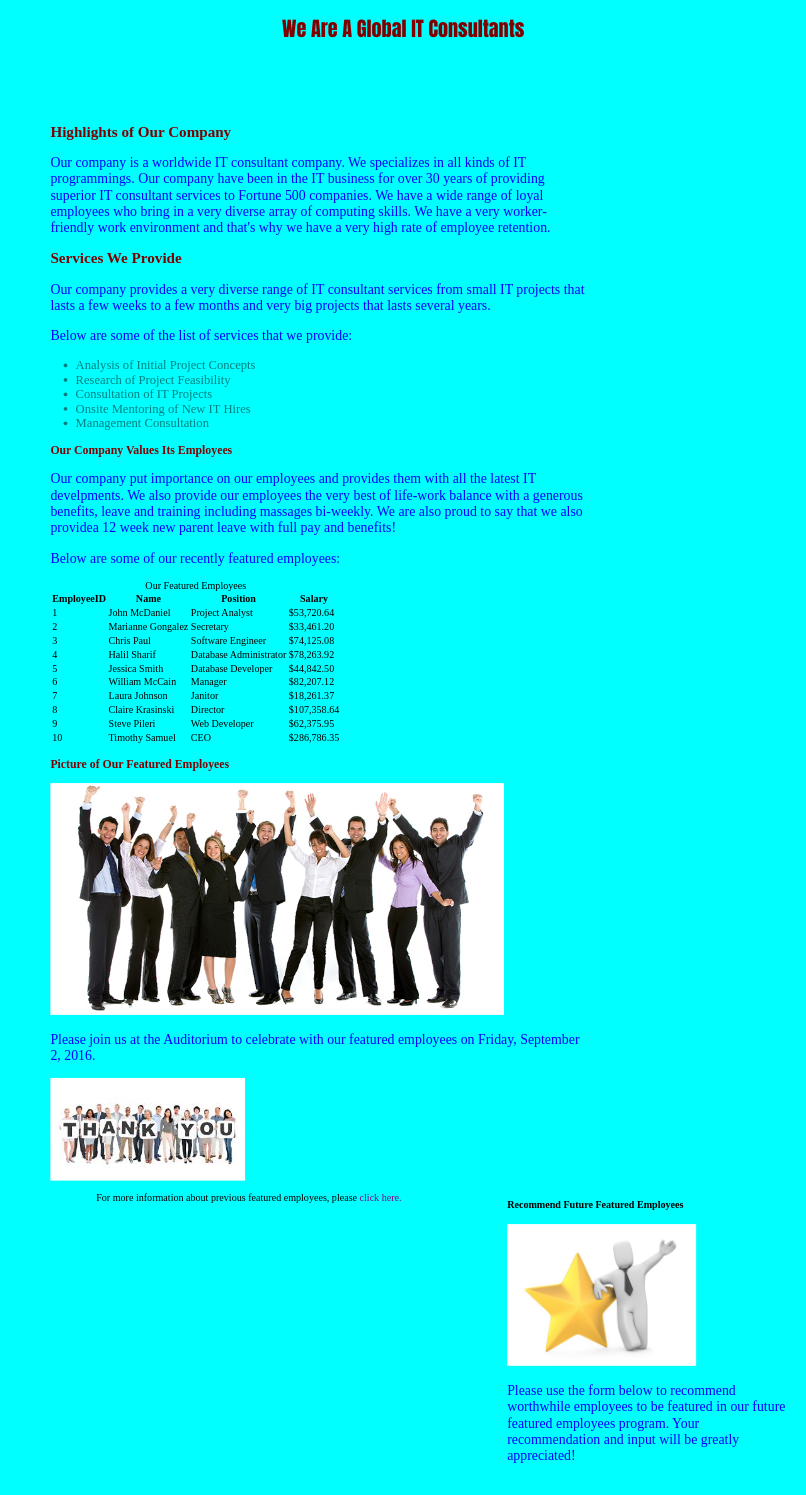
Repository: myjavaweb2/Week5JDBCAssignments
Page: http://localhost/myweek4project/
The author's editor kept a copy of each file at every save. The page is drawn from the files as they stood at one save, then again after the next save.
The browser window is 1280 px wide. The pictures show the whole page, at 63% of full size.
The page is served by Tomcat 9. Other server files are loaded and not shown.

Above is the page before, as saved 2016-08-26 17:52:18.

### myweek4project/src/main/webapp/index.html
<!DOCTYPE html>
<html>
<head>
<meta charset="ISO-8859-1">
<link rel="stylesheet" href="styles.css" />
<title>Employees at the New World Company</title>
</head>
<body>

<header>
<h1>We Are A Global IT Consultants</h1>
</header>

<main>

<div>
<h2>Highlights of Our Company</h2>

<p>Our company is a worldwide IT consultant company. We specializes in all kinds of IT programmings.
Our company have been in the IT business for over 30 years of providing superior IT consultant
services to Fortune 500 companies. We have a wide range of loyal employees who bring in a very
diverse array of computing skills. We have a very worker-friendly work environment and that's
why we have a very high rate of employee retention.</p>

<h2>Services We Provide</h2>

<p>Our company provides a very diverse range of IT consultant services from small IT projects that lasts
a few weeks to a few months and very big projects that lasts several years.</p>

<p>Below are some of the list of services that we provide:</p>

<ul>
	<li>Analysis of Initial Project Concepts</li>
	<li>Research of Project Feasibility</li>
	<li>Consultation of IT Projects</li>
	<li>Onsite Mentoring of New IT Hires</li>
	<li>Management Consultation</li>
</ul>
</div>

<div>
<h3>Our Company Values Its Employees</h3>

<p>Our company put importance on our employees and provides them with all the latest IT develpments.
We also provide our employees the very best of life-work balance with a generous benefits, leave and
training including massages bi-weekly. We are also proud to say that we also providea 12 week new
parent leave with full pay and benefits!</p>

<p>Below are some of our recently featured employees:</p>

<table>
	<caption>Our Featured Employees</caption>
		<tr>
			<th>EmployeeID</th>
			<th>Name</th>
			<th>Position</th>
			<th>Salary</th>
		</tr>
		<tr>
			<td>1</td>
			<td>John McDaniel</td>
			<td>Project Analyst</td>
			<td>$53,720.64</td>
		</tr>
		<tr>
			<td>2</td>
			<td>Marianne Gongalez</td>
			<td>Secretary</td>
			<td>$33,461.20</td>
		</tr>
		<tr>
			<td>3</td>
			<td>Chris Paul</td>
			<td>Software Engineer</td>
			<td>$74,125.08</td>
		</tr>
		<tr>
			<td>4</td>
			<td>Halil Sharif</td>
			<td>Database Administrator</td>
			<td>$78,263.92</td>
		</tr>
		<tr>
			<td>5</td>
			<td>Jessica Smith</td>
			<td>Database Developer</td>
			<td>$44,842.50</td>
		</tr>
		<tr>
			<td>6</td>
			<td>William McCain</td>
			<td>Manager</td>
			<td>$82,207.12</td>
		</tr>
		<tr>
			<td>7</td>
			<td>Laura Johnson</td>
			<td>Janitor</td>
			<td>$18,261.37</td>
		</tr>
		<tr>
			<td>8</td>
			<td>Claire Krasinski</td>
			<td>Director</td>
			<td>$107,358.64</td>
		</tr>
		<tr>
			<td>9</td>
			<td>Steve Pileri</td>
			<td>Web Developer</td>
			<td>$62,375.95</td>
		</tr>
		<tr>
			<td>10</td>
			<td>Timothy Samuel</td>
			<td>CEO</td>
			<td>$286,786.35</td>
		</tr>

</table>

<h3>Picture of Our Featured Employees</h3>

<img alt="Snap of Employees" src="images/employees.jpg">

<p>Please join us at the Auditorium to celebrate with our featured employees
on Friday, September 2, 2016.</p>

<img alt="Employees Appreciation" src="images/employees2.jpg">
</div>

</main>

<aside>
<h4>Recommend Future Featured Employees</h4>

<img alt="Employee Pride" src="images/employee_pride.jpg" width="300px">

<p>Please use the form below to recommend worthwhile employees to be featured
in our future featured employees program. Your recommendation and input will
be greatly appreciated!</p>


</aside>

<footer>
For more information about previous featured employees, please
<a href="http://www.prnewswire.com/news-releases/video-production-agency-rep-interactive-wins-inccoms-50-best-workplaces-award-300317746.html">
click here.</a>
</footer>



</body>
</html>

### myweek4project/src/main/webapp/styles.css
html, body {
	margin: 0;
	padding: 0;
	border: 0;
	font-size: 100%;
	background-color: aqua;
}

header {
	height: 135px;
}

main {
	width: 850px;
	background-color: aqua;
	float: left;
	padding-left: 0;
	padding-right: 0;
	position: relative;
	right: 20px;
  	left: 80px;
  	top: 20px;
  	bottom: 15px;
}

aside {
	width: 450px;
	background-color: aqua;
	float: right;
	padding: 25px;
	padding-left: 50px;
}

footer {
	clear: left;
	padding: 35px;
	border: 5px;
	text-align: center;
}

p {
	font-style: Times New Roman, Tahoma, sans serif;
	font-size: 22px;
	color: blue;
}

h1, h2, h3 {
	font-family: fantasy, serif;
	color:maroon;
}

h1 {
	font-family: "Helvetica-Bold",Impact, sans serif;
	text-align: center;

}

ul {
	color:teal;
	font-size: 20px;
}
a {
	color: purple;
	text-decoration: none;
}

After the next save:
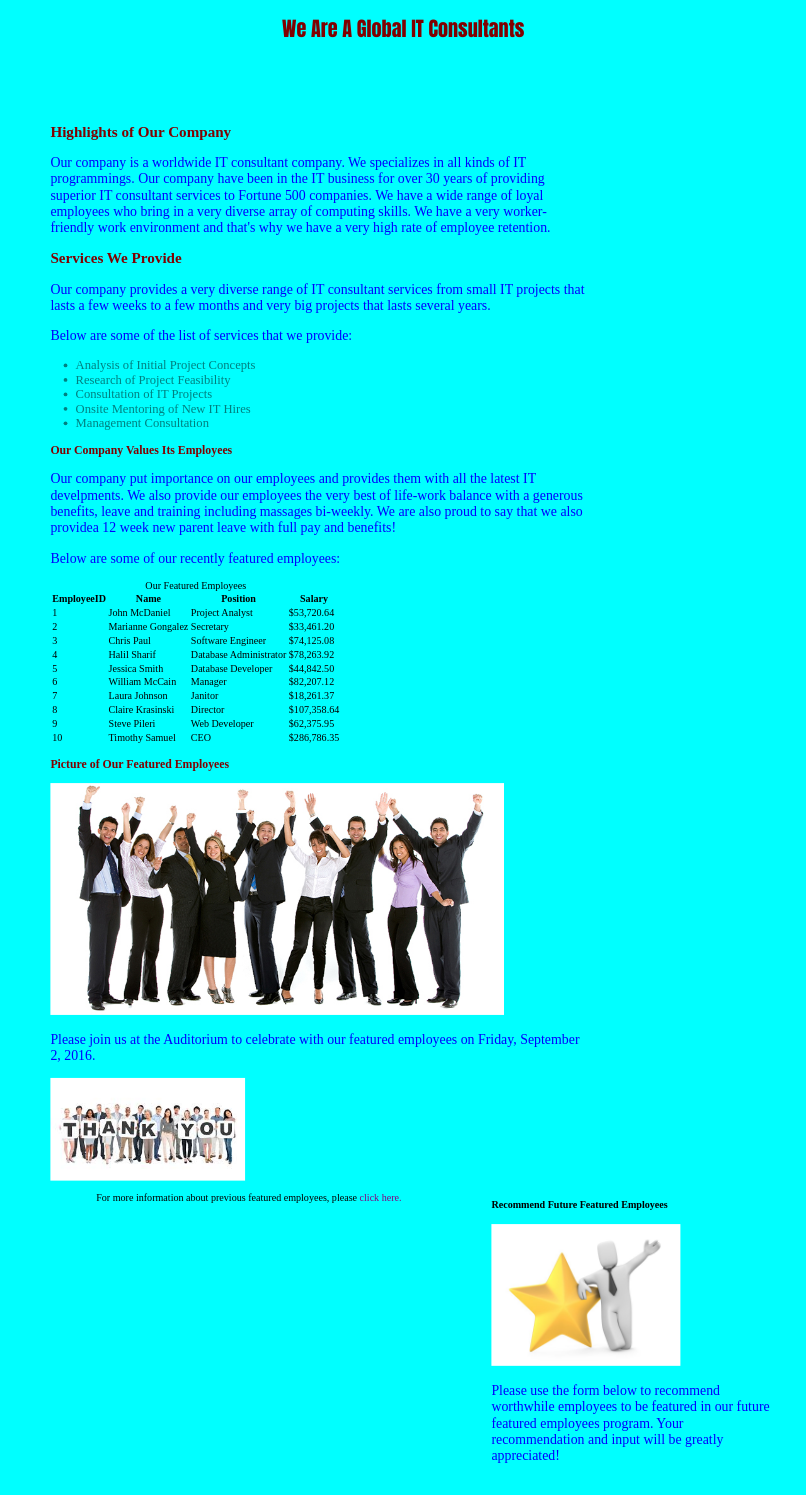
Saved 14 s later.
--- a/myweek4project/src/main/webapp/styles.css
+++ b/myweek4project/src/main/webapp/styles.css
@@ -28,7 +28,7 @@ aside {
 	background-color: aqua;
 	float: right;
 	padding: 25px;
-	padding-left: 50px;
+	padding-right: 50px;
 }
 
 footer {
